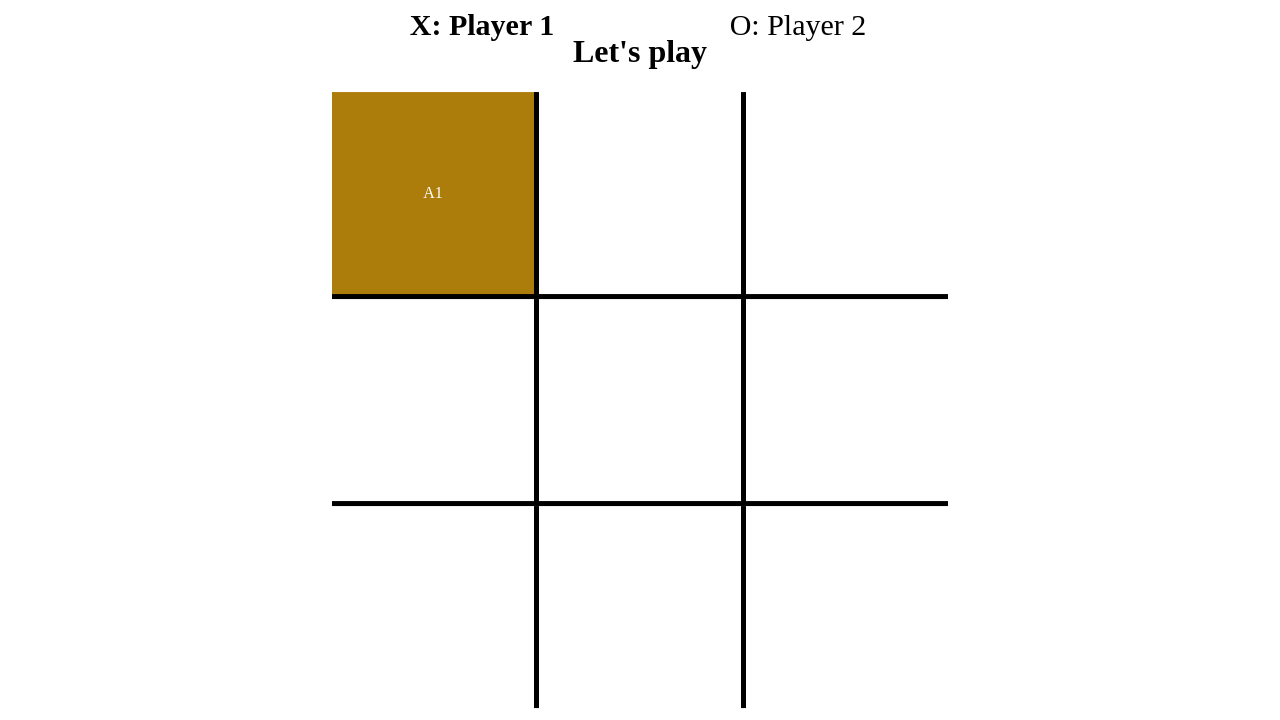
Repository: anas-essaguiar/epita.advancedWeb
Page: tictatoe/index.html
The author's editor kept a copy of each file at every save. The page is drawn from the files as they stood at one save, then again after the next save.
The browser window is 1280 px wide. The pictures show the whole page.
The pointer rests on the first visible `.col`.

Above is the page before, as saved 2021-04-14 15:39:02.

### tictatoe/index.html
<!DOCTYPE html>
<html>

<head>
    <meta charset="UTF-8">
    <title>TIC TAC TOE</title>
    <link rel="stylesheet" href="style.css">
</head>

<body>
    <div class="centered">
        <h1>Let's play</h1>
        <table id="table1">
            <tr>
                <td class="col">A1</td>
                <td class="col">A2</td>
                <td class="col">A2</td>
            </tr>
            <tr>
                <td class="col">B1</td>
                <td class="col">B2</td>
                <td class="col">B3</td>
            </tr>
            <tr>
                <td class="col">C1</td>
                <td class="col">C2</td>
                <td class="col">C3</td>
            </tr>
        </table>
    </div>
    <div id="players">
        <div class="player active"><span>X</span>: <span>Player 1</span></div>
        <div class="player"><span>O</span>: <span>Player 2</span></div>
    </div>

</body>

</html>

### tictatoe/style.css

.col{
    border: 5px solid black;
    width: 200px;
    height: 200px;
}

#players {
	display: flex;
	width: 50%;
	margin: auto;
}

.player {
	width: 50%;
	text-align: center;
	font-size: 30px;
}

.player.active {
	font-weight: bold;
}

#table1 {
    border-collapse: collapse;
    border-style: hidden;
    color: white;
    border-spacing: 10px;
    border-collapse: collapse;
}
.centered {
    text-align: center;
    position: absolute;
    top: 50%;
    left: 50%;
    margin-right: -50%;
    transform: translate(-50%, -50%);
  }

  .col:hover {
	background: #ad7d0b;
}

After the next save:
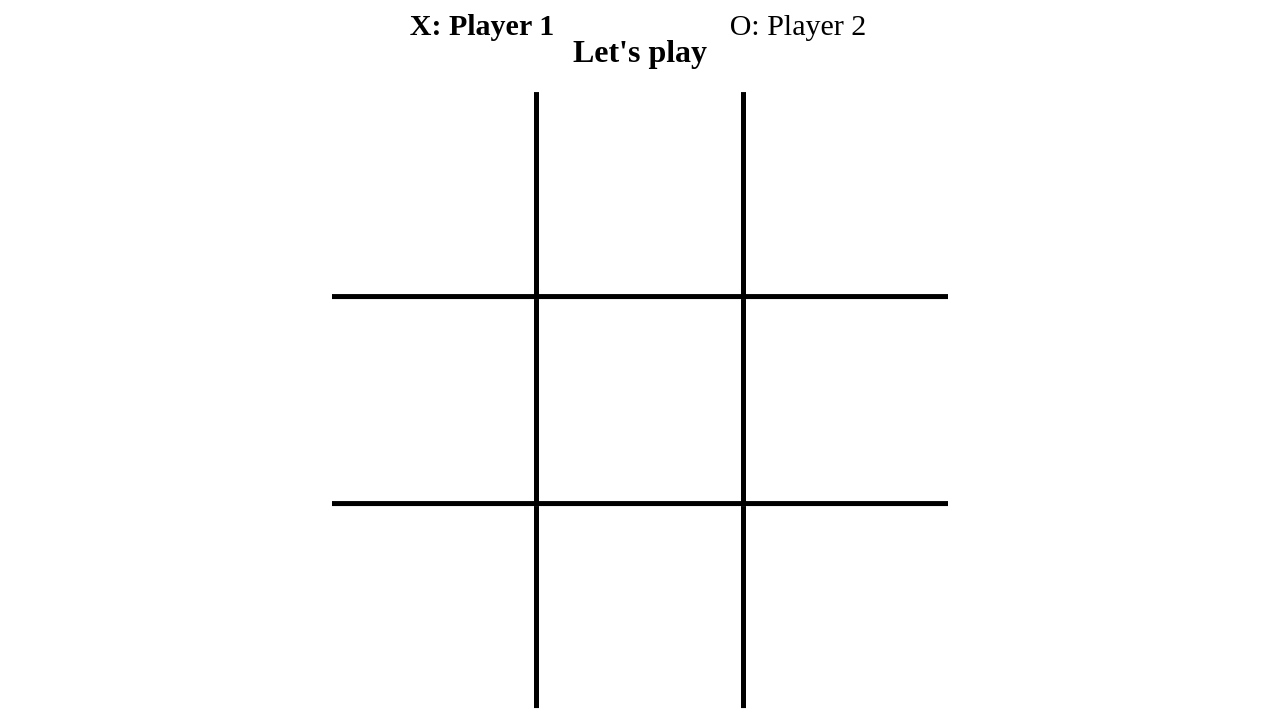
Saved 101 s later.
--- a/tictatoe/style.css
+++ b/tictatoe/style.css
@@ -37,6 +37,6 @@
     transform: translate(-50%, -50%);
   }
 
-  .col:hover {
+  col:hover {
 	background: #ad7d0b;
 }
